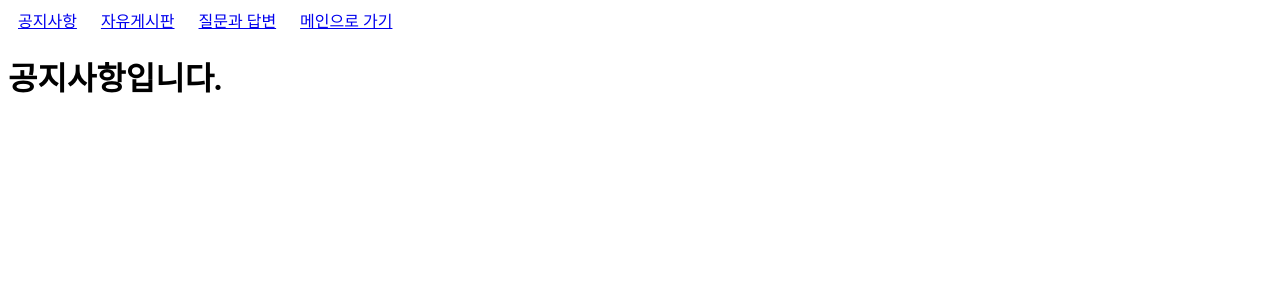
Repository: shingiyeon/jsp
Page: http://localhost/Article_DB_project/jsp/notice.jsp
These files come from the project's save history. The page is drawn as it stood at one moment and after the next save; the edit follows.
The browser window is 1280 px wide. The pictures show the whole page.
The page is served by Tomcat 9.

Above is the page before, as saved 2019-05-25 06:46:30.

After the next save:
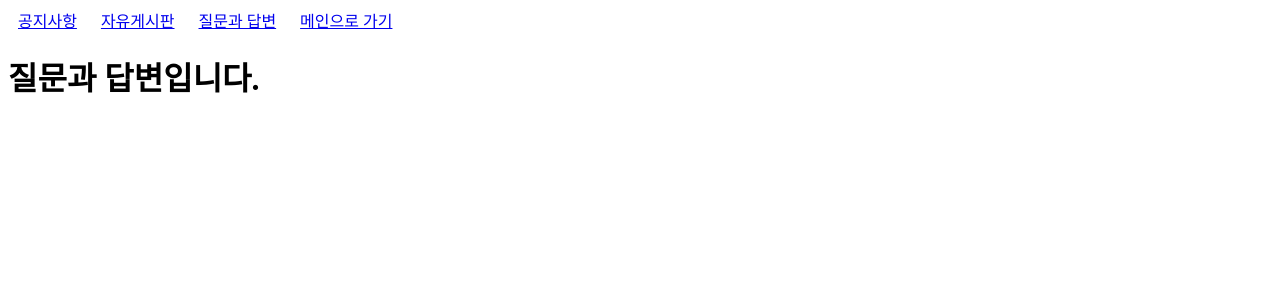
Saved 52 s later.
--- a/workspace/Article_DB_project/WebContent/jsp/notice.jsp
+++ b/workspace/Article_DB_project/WebContent/jsp/notice.jsp
@@ -12,14 +12,6 @@
 </style>
 </head>
 <body>
-	<header>
-		<a href="./notice.jsp">공지사항</a>
-		<a href="./board.jsp">자유게시판</a>
-		<a href="./QnA.jsp">질문과 답변</a>
-		<a href="./index.jsp">메인으로 가기</a>
-	</header>
-	<body>
-		<h1>공지사항입니다.</h1>
-	</body>
+	<%@ include file="./map.jsp"%>
 </body>
 </html>
